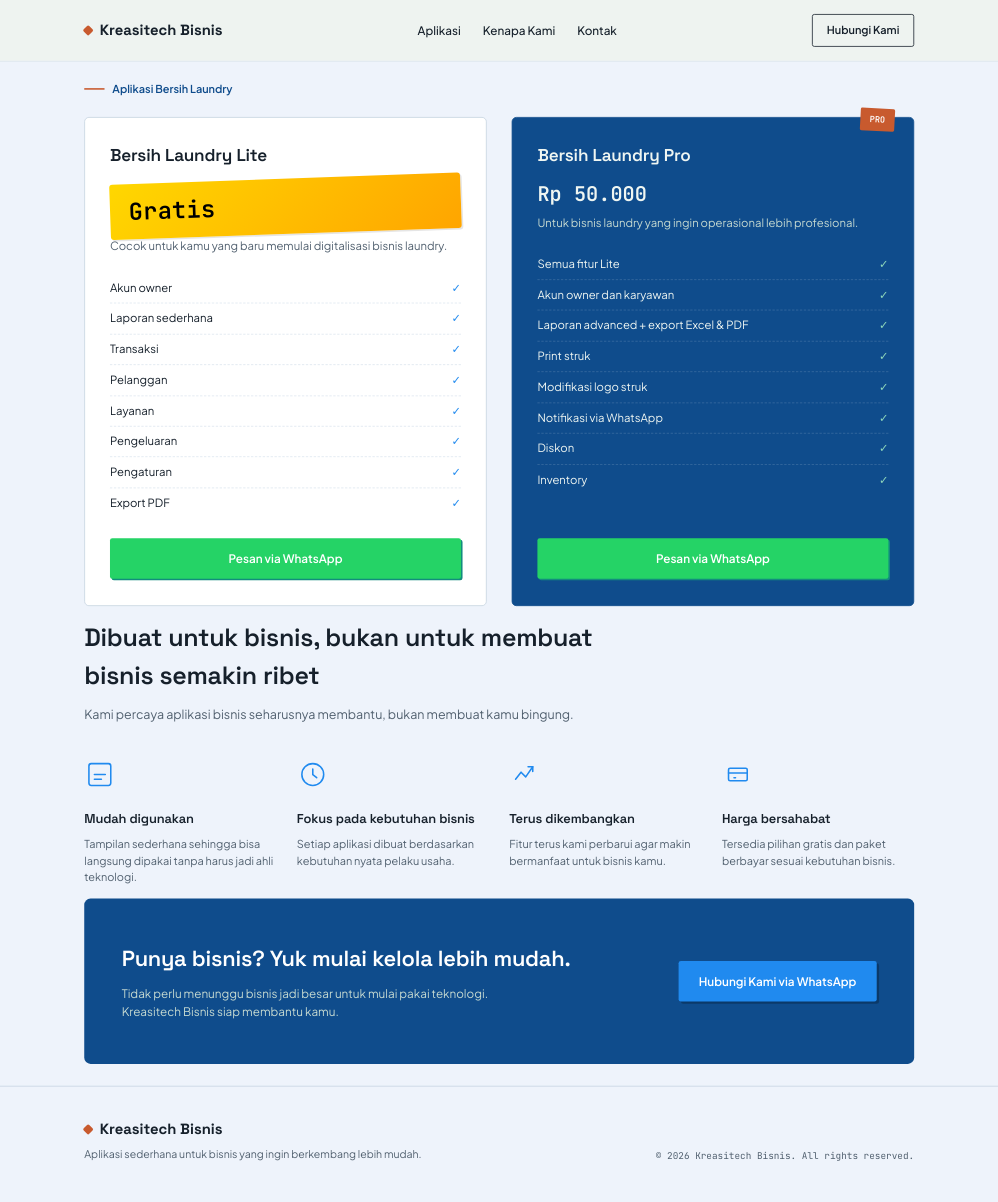
Repository: joao880hbhb/kreasitech
Page: produk/bersih-laundry.html
These files come from the project's save history. The page is drawn as it stood at one moment and after a run of saves; the edit follows.
The browser window is 1280 px wide. The pictures show the whole page, at 78% of full size.

Above is the page before, as saved 2026-09-14 21:43:28.

After the next 4 saves:
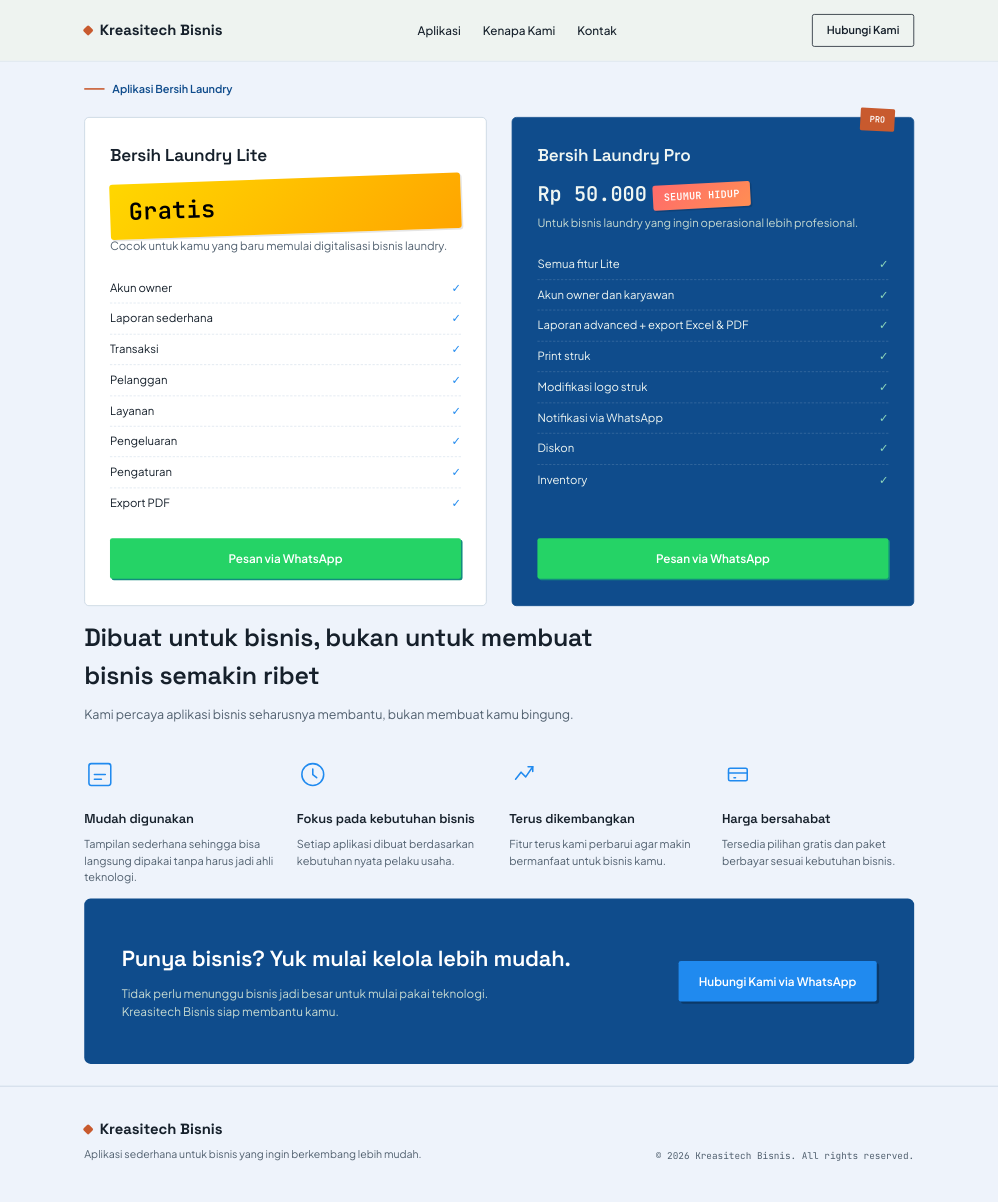
The 4 saves are shown as one change because they came seconds apart.
The last was saved 10 min 32 s later.
--- a/produk/bersih-laundry.html
+++ b/produk/bersih-laundry.html
@@ -190,6 +190,20 @@
     font-size:20px;
     letter-spacing:0.5px;
   }
+  .lifetime-badge{
+    background:linear-gradient(135deg, #FF6B6B 0%, #FF8E53 100%);
+    color:#fff;
+    padding:4px 10px;
+    border-radius:3px;
+    font-size:11px;
+    font-weight:700;
+    display:inline-block;
+    margin-left:8px;
+    transform:rotate(-3deg);
+    box-shadow:2px 2px 0 rgba(0,0,0,0.15);
+    letter-spacing:0.3px;
+    vertical-align:middle;
+  }
   .plan .sub{font-size:11.5px; color:var(--ink-soft); margin-bottom:14px; line-height:1.4;}
   .plan.pro .sub{color:#C6DAD1;}
   .plan ul{list-style:none; margin-bottom:16px; flex-grow:1;}
@@ -211,6 +225,7 @@
     .plan h3{font-size:20px;}
     .plan .price{font-size:24px; margin:12px 0 6px;}
     .plan .price.free{font-size:28px; padding:10px 20px;}
+    .lifetime-badge{font-size:12px; padding:5px 12px;}
     .plan .sub{font-size:14px; margin-bottom:22px;}
     .plan ul{margin-bottom:26px;}
     .plan li{font-size:13.5px; padding:8px 0;}
@@ -223,6 +238,7 @@
     .plan h3{font-size:22px;}
     .plan .price{font-size:26px; margin:14px 0 6px;}
     .plan .price.free{font-size:30px; padding:12px 24px;}
+    .lifetime-badge{font-size:13px; padding:6px 14px;}
     .plan .sub{font-size:14.5px; margin-bottom:24px;}
     .plan li{font-size:14.5px;}
   }
@@ -333,7 +349,7 @@
       <div class="plan pro">
         <div class="badge">PRO</div>
         <h3>Bersih Laundry Pro</h3>
-        <div class="price">Rp 50.000</div>
+        <div class="price">Rp 50.000<span class="lifetime-badge">SEUMUR HIDUP</span></div>
         <p class="sub">Untuk bisnis laundry yang ingin operasional lebih profesional.</p>
         <ul>
           <li><span class="name">Semua fitur Lite</span><span class="check">✓</span></li>
